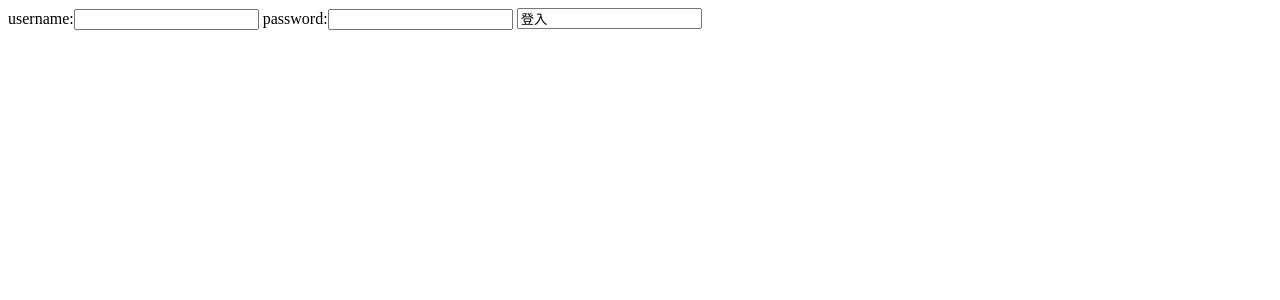
Repository: wikelgc/JSP
Page: ZhuCe/WebRoot/Logon.html
The author's editor kept a copy of each file at every save. The page is drawn from the files as they stood at one save, then again after the next save.
The browser window is 1280 px wide. The pictures show the whole page.

Above is the page before, as saved 2015-05-31 11:47:55.

After the next save:
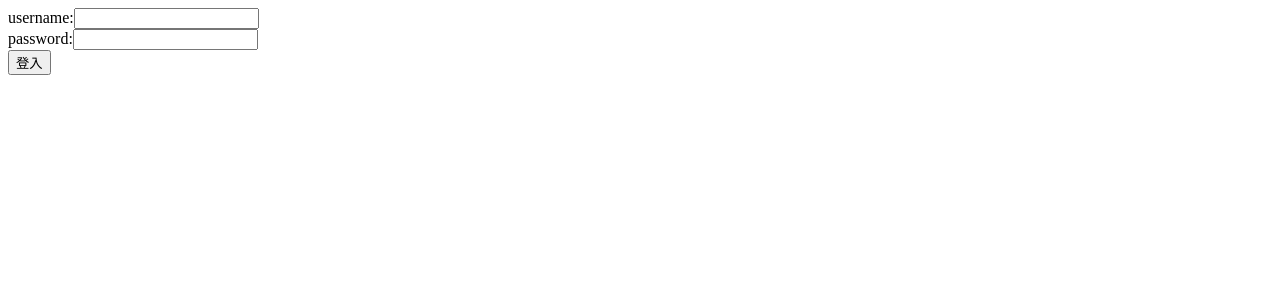
Saved 67 s later.
--- a/ZhuCe/WebRoot/Logon.html
+++ b/ZhuCe/WebRoot/Logon.html
@@ -10,9 +10,9 @@ var value = document.myform.name.value ;      // 取得输入的内容
 </head>
 <body>
 <form action="" method="post" name="myform" onsubmit = "show">  <!-- 表单开始标记 -->
-username:<input type="text" name="name">
-password:<input type="text" name="password">
-<input type="commit" value="登入">
+username:<input type="text" name="name"><br>
+password:<input type="text" name="password"><br>
+<input type="submit" value="登入">
 </form>
 </body>
 </html>
